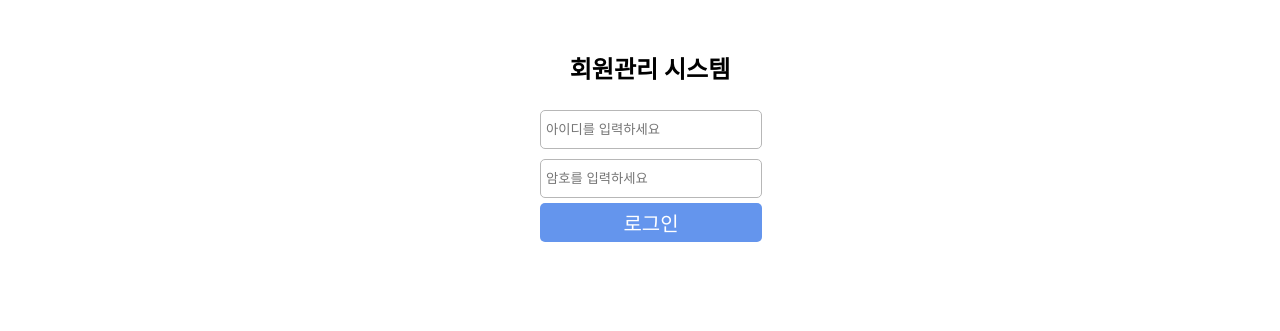
Repository: cdnwell/Jsp
Page: http://localhost/MemberProject/
The author's editor kept a copy of each file at every save. The page is drawn from the files as they stood at one save, then again after the next save.
The browser window is 1280 px wide. The pictures show the whole page.
The page is served by Tomcat 9. Other server files are loaded and not shown.

Above is the page before, as saved 2022-07-05 03:23:51.

### MemberProject/src/main/webapp/index.jsp
<%@ page language="java" contentType="text/html; charset=UTF-8"
    pageEncoding="UTF-8"%>
<!DOCTYPE html>
<html>
<head>
<meta charset="UTF-8">
<title>Insert title here</title>
<style>

	#login_box{
		margin : 50px auto;
		width:200px;
		text-align : center;
	}

	h2{
		padding-left : 20px;
	}

	input{
		margin:5px 0;
		height:27px;
		width : 210px;
		border : 1px solid #b7b7b7;
		border-radius : 5px;
		padding : 5px;
	}

	button{
		width : 222px;
		font-size : 20px;
		padding : 5px;
		background-color : cornflowerblue;
		color : white;
		border : none;
		border-radius : 5px;
	}

</style>
</head>
<body>
	<div id="login_box">
	<h2>회원관리 시스템</h2>
	<form action="login.do" method="post">
		<input type="text" name="id" placeholder="아이디를 입력하세요"> <br>
		<input type="password" name="pass" placeholder="암호를 입력하세요"> <br>
		<button>로그인</button>
	</form>
	</div>
</body>
</html>

After the next save:
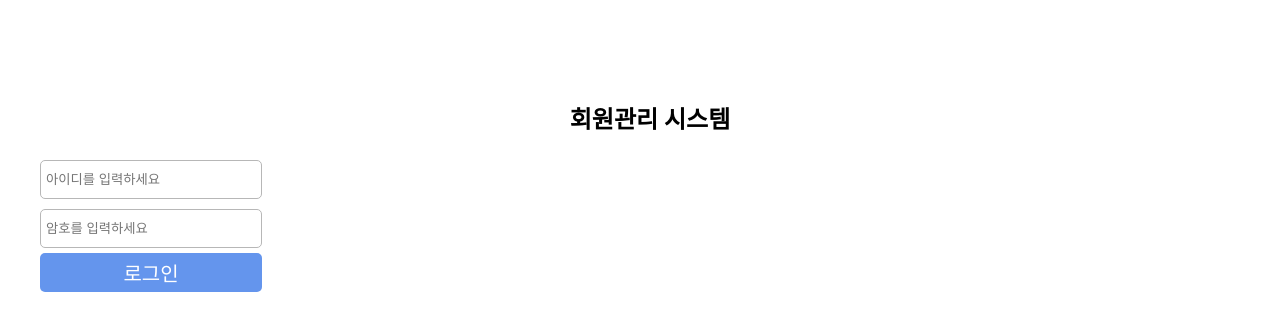
Saved 85 s later.
--- a/MemberProject/src/main/webapp/index.jsp
+++ b/MemberProject/src/main/webapp/index.jsp
@@ -8,13 +8,13 @@
 <style>
 
 	#login_box{
-		margin : 50px auto;
-		width:200px;
-		text-align : center;
+		margin : 100px auto;
+		width:1200px;
 	}
 
 	h2{
 		padding-left : 20px;
+		text-align : center;
 	}
 
 	input{
